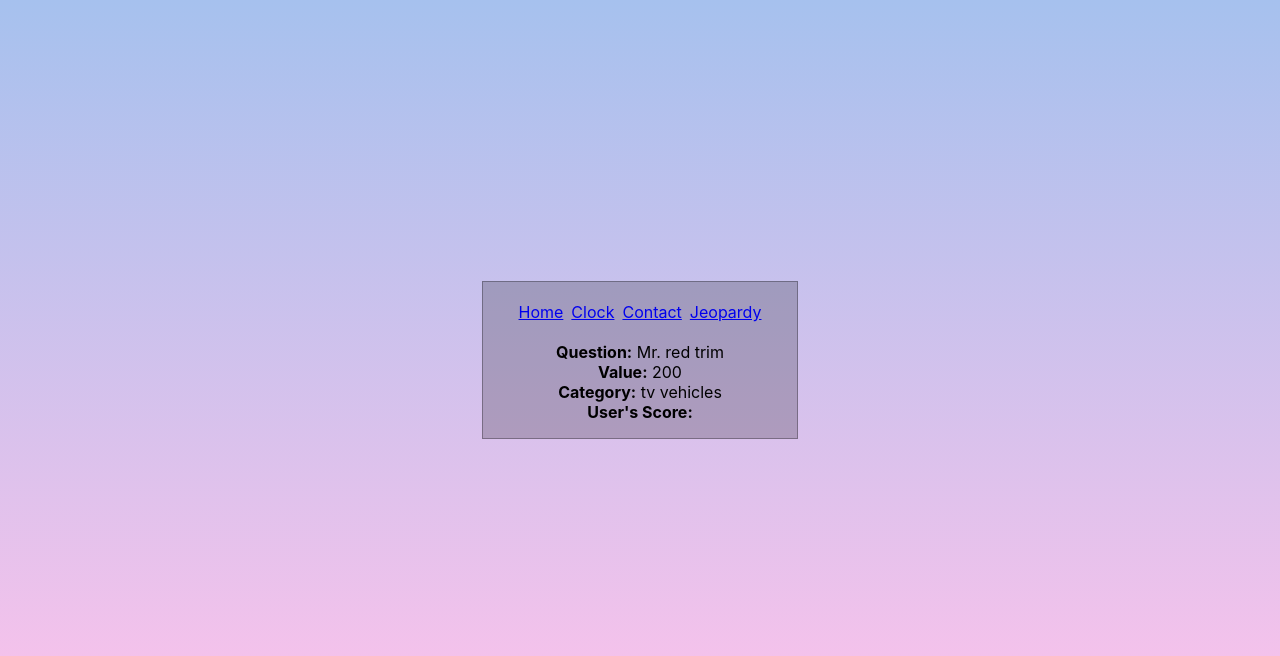
Repository: marcusmerrick/jeopardy
Page: /jeopardy
These files come from the project's save history. The page is drawn as it stood at one moment and after the next save; the edit follows.
The browser window is 1280 px wide. The pictures show the whole page.
The page's requests for data from a server got no answer. The project was rebuilt for these pictures with package versions that can differ from the ones it lists, and the page was loaded fresh each time. No one was signed in, and anything a server would have sent is missing. Also part of the build but not shown: src/Components/Welcome/Welcome.js, src/Components/Clocks/Clock.js, src/Components/Contact/Contact.js.

Above is the page before, as saved 2020-08-28 10:58:10.

After the next save:
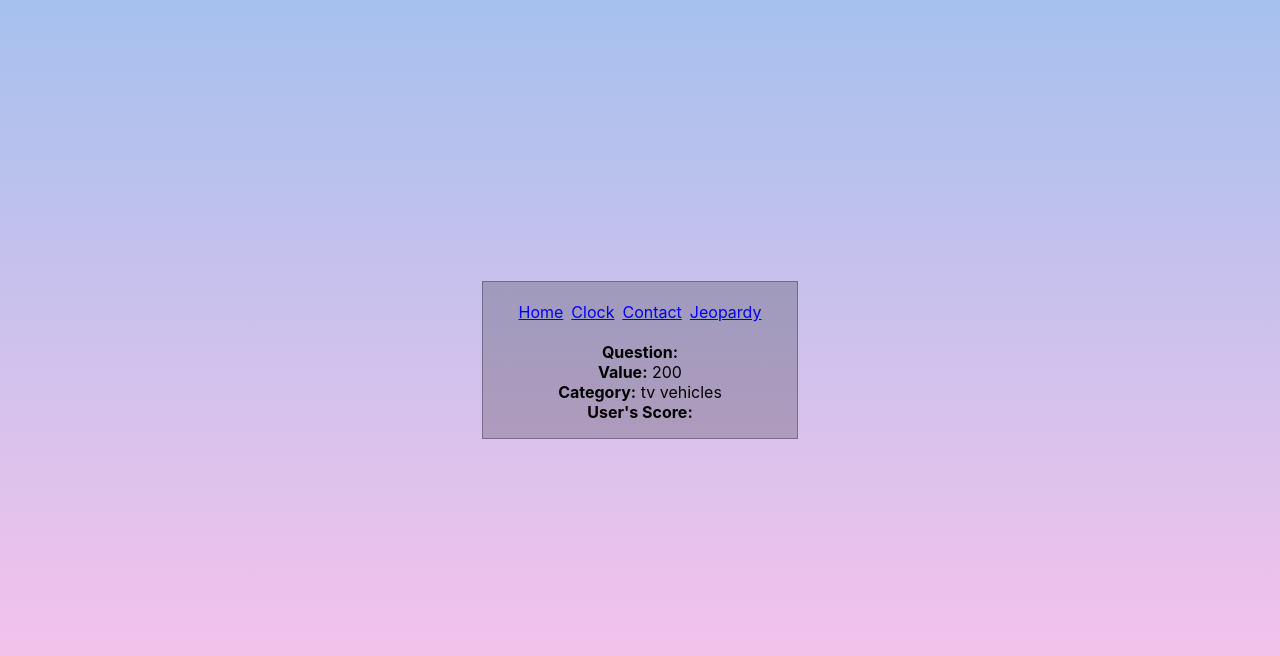
Saved 4 s later.
--- a/src/Components/jeopardy/Jeopardy.js
+++ b/src/Components/jeopardy/Jeopardy.js
@@ -10,7 +10,7 @@ class Jeopardy extends Component {
       data:   {
         "id": null,
         "answer": "",
-        "question": "Mr. red trim",
+        "question": "",
         "value": 200,
         "airdate": "1997-09-29T12:00:00.000Z",
         "created_at": "2014-02-11T23:01:57.371Z",
